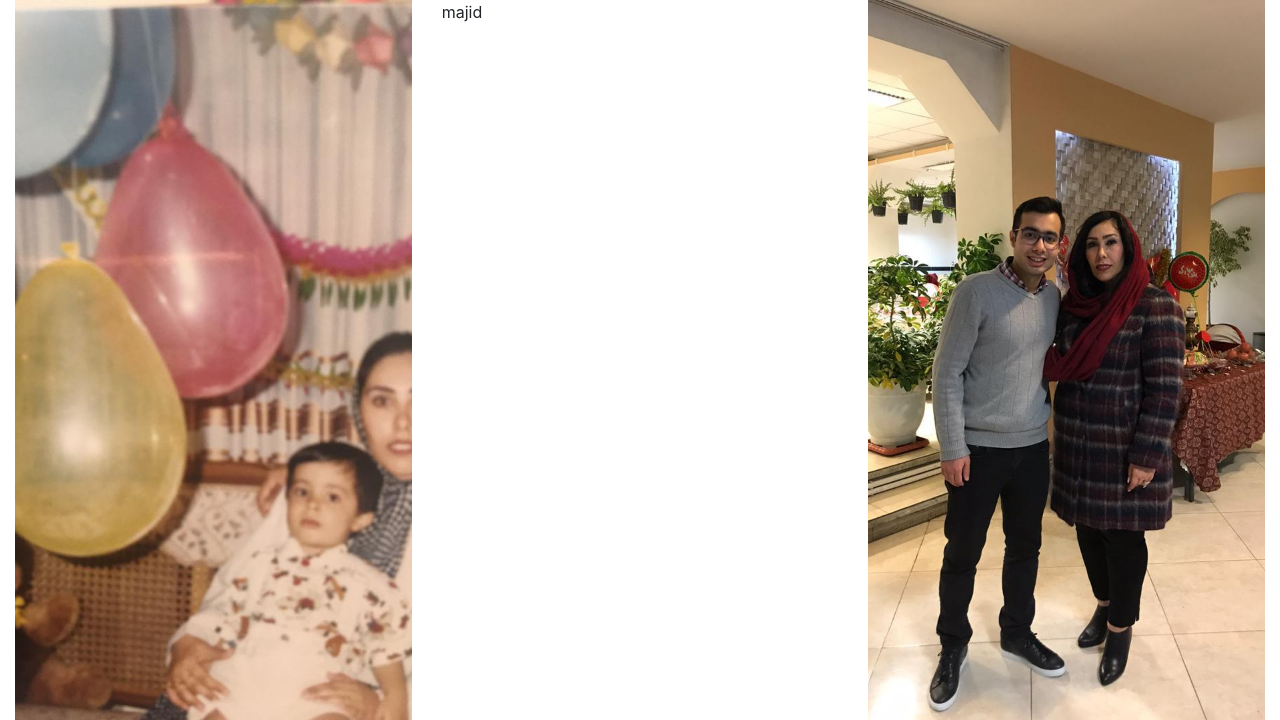
Repository: mirfarzam/mirfarzam.github.io
Page: khalelila/index.html
The author's editor kept a copy of each file at every save. The page is drawn from the files as they stood at one save, then again after the next save.
The browser window is 1280 px wide. The pictures show the whole page.

Above is the page before, as saved 2020-04-30 21:14:20.

### khalelila/index.html
<html>
<head>
<title>تولد خاله لیلا</title>
<link href="https://stackpath.bootstrapcdn.com/bootstrap/4.4.1/css/bootstrap.min.css" rel="stylesheet" integrity="sha384-Vkoo8x4CGsO3+Hhxv8T/Q5PaXtkKtu6ug5TOeNV6gBiFeWPGFN9MuhOf23Q9Ifjh" crossorigin="anonymous">
<script
  src="https://code.jquery.com/jquery-3.5.0.min.js"
  integrity="sha256-xNzN2a4ltkB44Mc/Jz3pT4iU1cmeR0FkXs4pru/JxaQ="
  crossorigin="anonymous"></script>
<script src="https://stackpath.bootstrapcdn.com/bootstrap/4.4.1/js/bootstrap.min.js" integrity="sha384-wfSDF2E50Y2D1uUdj0O3uMBJnjuUD4Ih7YwaYd1iqfktj0Uod8GCExl3Og8ifwB6" crossorigin="anonymous"></script>
<script src="https://stackpath.bootstrapcdn.com/bootstrap/4.4.1/js/bootstrap.bundle.min.js" integrity="sha384-6khuMg9gaYr5AxOqhkVIODVIvm9ynTT5J4V1cfthmT+emCG6yVmEZsRHdxlotUnm" crossorigin="anonymous"></script>

<style>

.maincontrainer{
    width:100vw;
    height:100vh;
    margin:0px;
}
.maincontrainer .row, .maincontrainer .row .col-sm-4{
    height: inherit;
    width: inherit;
}
.maincontrainer .row .col-sm-4 {
    position:relative;
}
.maincontrainer .row .col-sm-4 img{
    width:100%;
    height:100%;
    position:relative;
    top:0;
    left:0;
    object-fit:cover;
}

</style>
</head>
<body>
<section class="container-fluid maincontrainer">
    <div class="row">
        <div class="col-sm-4"><img style=" object-position: -100px;" src="old.jpeg"></div>
        <div class="col-sm-4">majid</div>
        <div class="col-sm-4"><img src="new.jpeg"></div>
    </div>
</section>
</body>
</html>

After the next save:
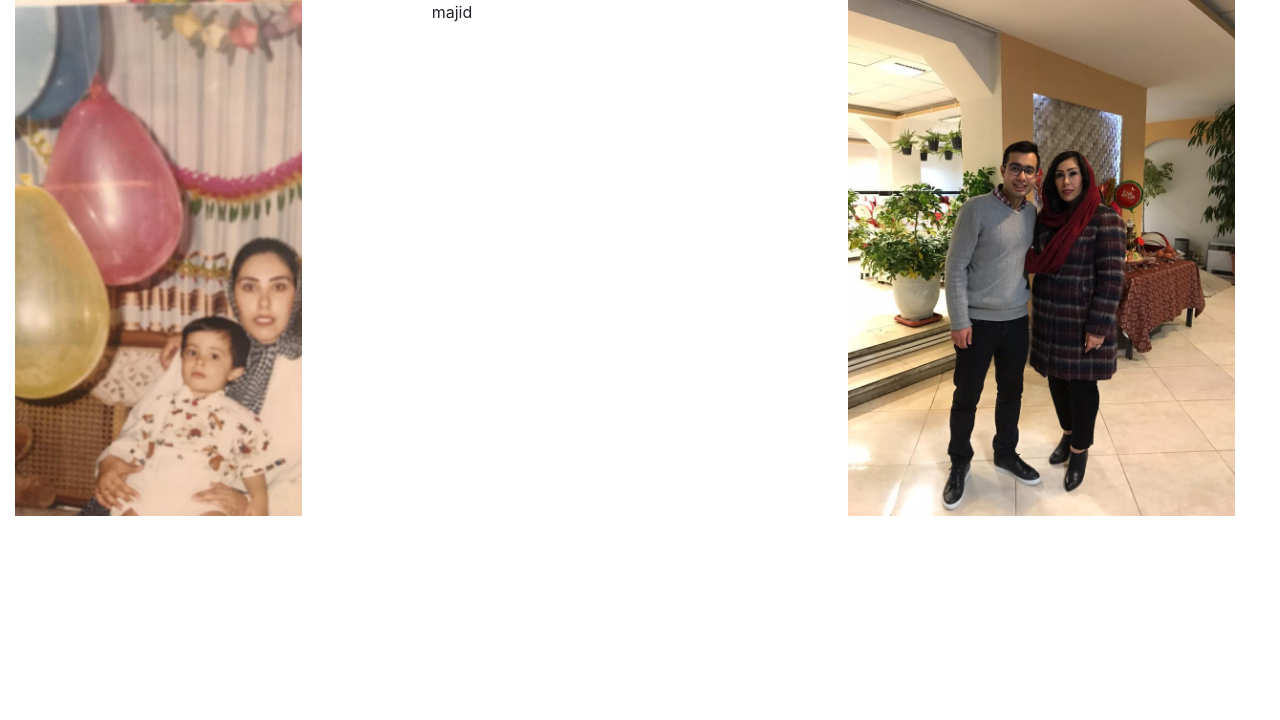
Saved 1 s later.
--- a/khalelila/index.html
+++ b/khalelila/index.html
@@ -10,7 +10,7 @@
 <script src="https://stackpath.bootstrapcdn.com/bootstrap/4.4.1/js/bootstrap.bundle.min.js" integrity="sha384-6khuMg9gaYr5AxOqhkVIODVIvm9ynTT5J4V1cfthmT+emCG6yVmEZsRHdxlotUnm" crossorigin="anonymous"></script>
 
 <style>
-
+bod
 .maincontrainer{
     width:100vw;
     height:100vh;

After the save that followed:
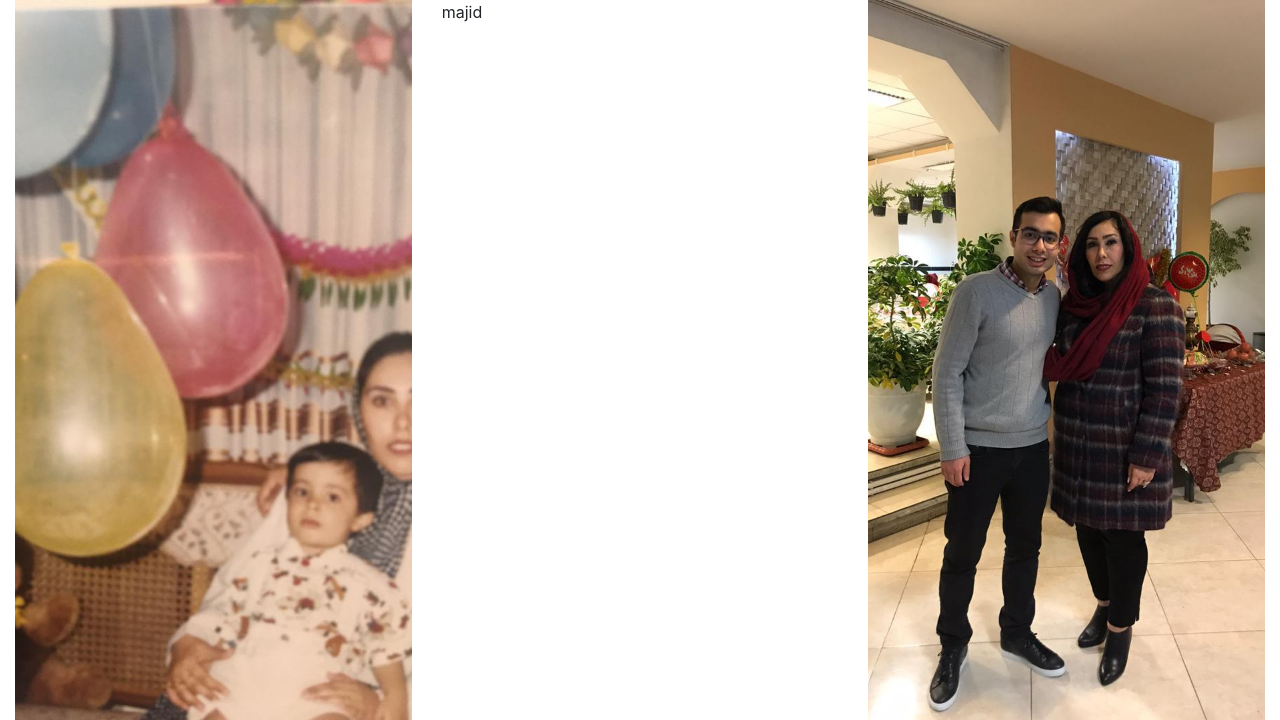
Saved 1 s later.
--- a/khalelila/index.html
+++ b/khalelila/index.html
@@ -10,7 +10,7 @@
 <script src="https://stackpath.bootstrapcdn.com/bootstrap/4.4.1/js/bootstrap.bundle.min.js" integrity="sha384-6khuMg9gaYr5AxOqhkVIODVIvm9ynTT5J4V1cfthmT+emCG6yVmEZsRHdxlotUnm" crossorigin="anonymous"></script>
 
 <style>
-bod
+body{}
 .maincontrainer{
     width:100vw;
     height:100vh;
